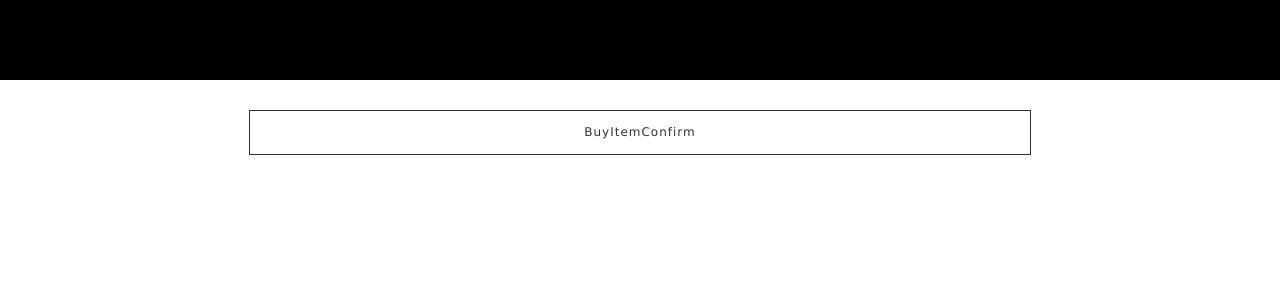
Repository: cha-git/ecsite
Page: http://localhost/template/buyItemConfirm.jsp
These files come from the project's save history. The page is drawn as it stood at one moment and after the next save; the edit follows.
The browser window is 1280 px wide. The pictures show the whole page.
The page is served by Tomcat 9. Other server files are loaded and not shown.

Above is the page before, as saved 2018-12-26 10:40:34.

### template/WebContent/buyItemConfirm.jsp
<%@ page language="java" contentType="text/html; charset=UTF-8"
    pageEncoding="UTF-8"%>
<%@ taglib prefix="s" uri="/struts-tags" %>
<!DOCTYPE html>
<html>
<head>
	<meta http-equiv="Content-Type" content="text/html; charset=UTF-8" />
	<meta http-equiv="Content-Style-Type" content="text/css" />
	<meta http-equiv="Content-Script-Type" content="text/javascrpit" />
	<meta http-equiv="imagetoolbar" content="no" />
	<meta name="description" content="" />
	<meta name="keywords" content="" />
	<title>buyItemConfirm画面</title>

	<style type="text/css">
	/* ========TAG LAYOUT======== */
	body {
		margin:0;
		padding:0;
		line-height:1.6;
		letter-spacing:1px;
		font-family:Verdana, Helvetica, sans-serif;
		font-size:12px;
		color:#333;
		background:#fff;
	}

	table {
		text-align:center;
		margin:0 auto;
	}
	/* ========ID LAYOUT======== */
	#top {
		width:780px;
		margin:30px auto;
		border:1px solid #333;
	}

	#header {
		width:100%;
		height:80px;
		background-color:black;
	}

	#main {
		width:100%;
		height:500px;
		text-align:center;
	}

	#footer {
		width:100%;
		height:80px;
		background-color:black;
		clear:both;
	}
	</style>
</head>
<body>
	<div id="header">
		<div id="pr">
		</div>
	</div>
	<div id="main">
		<div id="top">
			<p>BuyItemConfirm</p>
		</div>
		<div>
			<s:form action="BuyItemConfirmAction">
			<table>

			</table>
			</s:form>
		</div>
	</div>
</body>
</html>

After the next save:
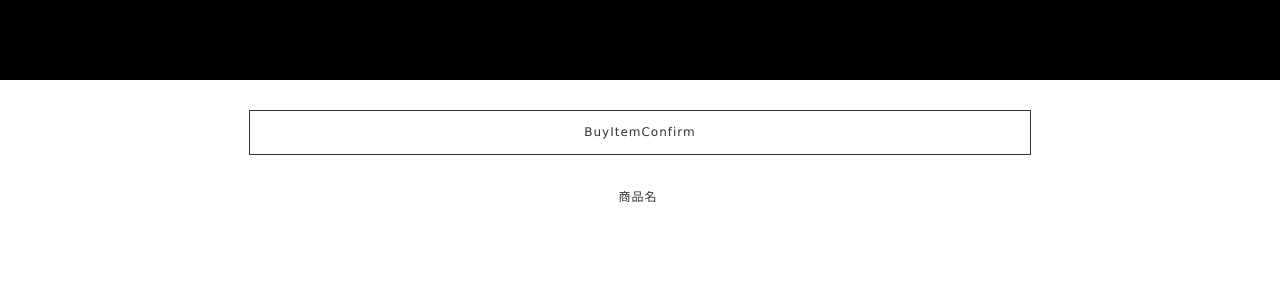
Saved 39 s later.
--- a/template/WebContent/buyItemConfirm.jsp
+++ b/template/WebContent/buyItemConfirm.jsp
@@ -68,7 +68,10 @@
 		<div>
 			<s:form action="BuyItemConfirmAction">
 			<table>
-
+				<tr>
+					<td>商品名</td>
+					<td><s:property value="session.buyItem_name" /></td>
+				</tr>
 			</table>
 			</s:form>
 		</div>
